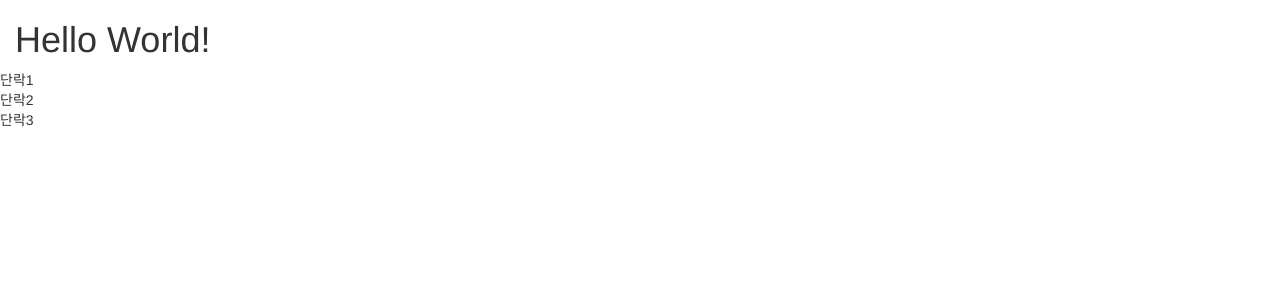
Repository: fhwang2/WEB
Page: 190708_Bootstrap/WebContent/test.html
The author's editor kept a copy of each file at every save. The page is drawn from the files as they stood at one save, then again after the next save.
The browser window is 1280 px wide. The pictures show the whole page.

Above is the page before, as saved 2019-07-08 02:43:44.

### 190708_Bootstrap/WebContent/test.html
<!DOCTYPE html>
<html lang="en">
<head>
<meta charset="UTF-8">
<title>Bootstrap Grid</title>
<!-- Bootstrap CDN(content delivery network) 가져오기
	 If you don't want to download and host Bootstrap yourself, you can include it from a CDN -->
<link rel="stylesheet" href="https://maxcdn.bootstrapcdn.com/bootstrap/3.4.0/css/bootstrap.min.css">
<script src="https://ajax.googleapis.com/ajax/libs/jquery/3.4.1/jquery.min.js"></script>
<script src="https://maxcdn.bootstrapcdn.com/bootstrap/3.4.0/js/bootstrap.min.js"></script>

<script>

</script>
</head>
<body>
	<div class="container-fluid">
		<h1>Hello World!</h1>
		<div class="row">
			<div>단락1</div>
			<div>단락2</div>
			<div>단락3</div>
		</div>
	</div>

</body>
</html>

After the next save:
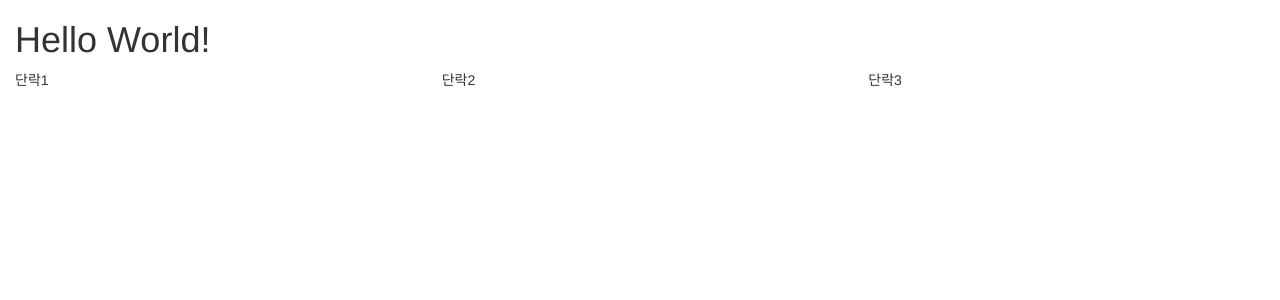
Saved 68 s later.
--- a/190708_Bootstrap/WebContent/test.html
+++ b/190708_Bootstrap/WebContent/test.html
@@ -17,9 +17,9 @@
 	<div class="container-fluid">
 		<h1>Hello World!</h1>
 		<div class="row">
-			<div>단락1</div>
-			<div>단락2</div>
-			<div>단락3</div>
+			<div class="col-sm-4">단락1</div>
+			<div class="col-sm-4">단락2</div>
+			<div class="col-sm-4">단락3</div>
 		</div>
 	</div>
 
